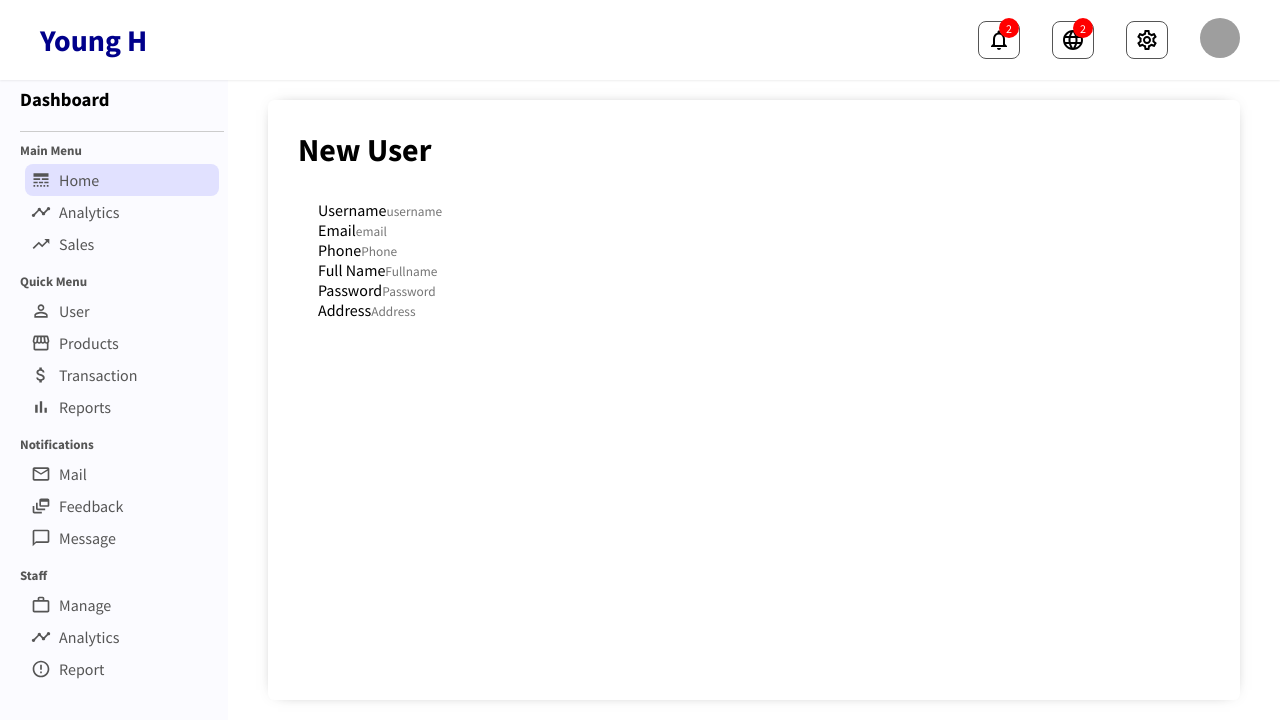
Repository: noname20011/admin
Page: /register
The author's editor kept a copy of each file at every save. The page is drawn from the files as they stood at one save, then again after the next save.
The browser window is 1280 px wide. The pictures show the whole page.
Pictures or frames that could not be fetched are drawn as grey boxes. The project was rebuilt for these pictures with package versions that can differ from the ones it lists, and the page was loaded fresh each time. Also part of the build but not shown: src/pages/home/home.css, src/comopnents/featureInfo/feature.css, src/comopnents/featureInfo/Feature.jsx, src/comopnents/chart/chart.css, src/comopnents/chart/Chart.jsx, src/comopnents/widgetSm/widgetSm.css, src/comopnents/widgetSm/WidgetSm.jsx, src/comopnents/widgetLg/widgetLg.css and 7 more.

Above is the page before, as saved 2021-11-14 15:15:45.

After the next save:
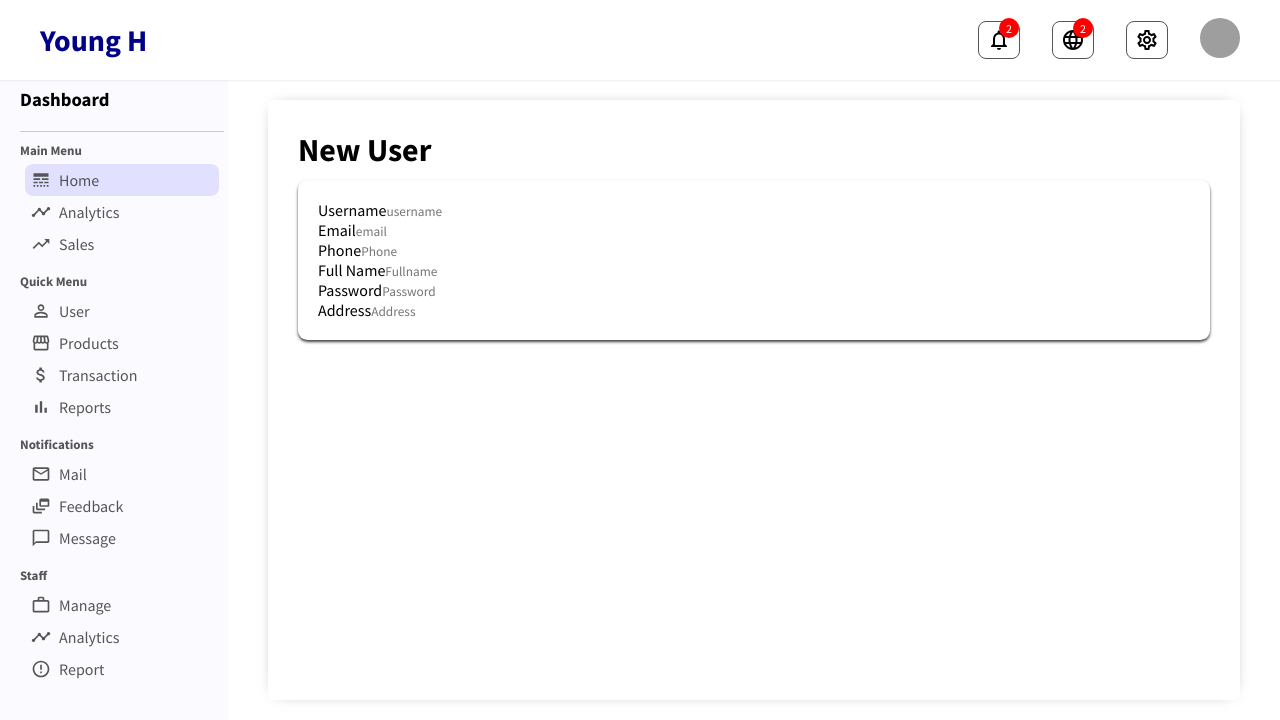
Saved 16 s later.
--- a/src/pages/newUser/newUser.css
+++ b/src/pages/newUser/newUser.css
@@ -11,4 +11,5 @@
     padding: 20px;
     margin-top: 10px;
     border-radius: .6rem;
+    box-shadow: 0px 2px 3px rgba(0, 0, 0, 0.75);
 }

After the save that followed:
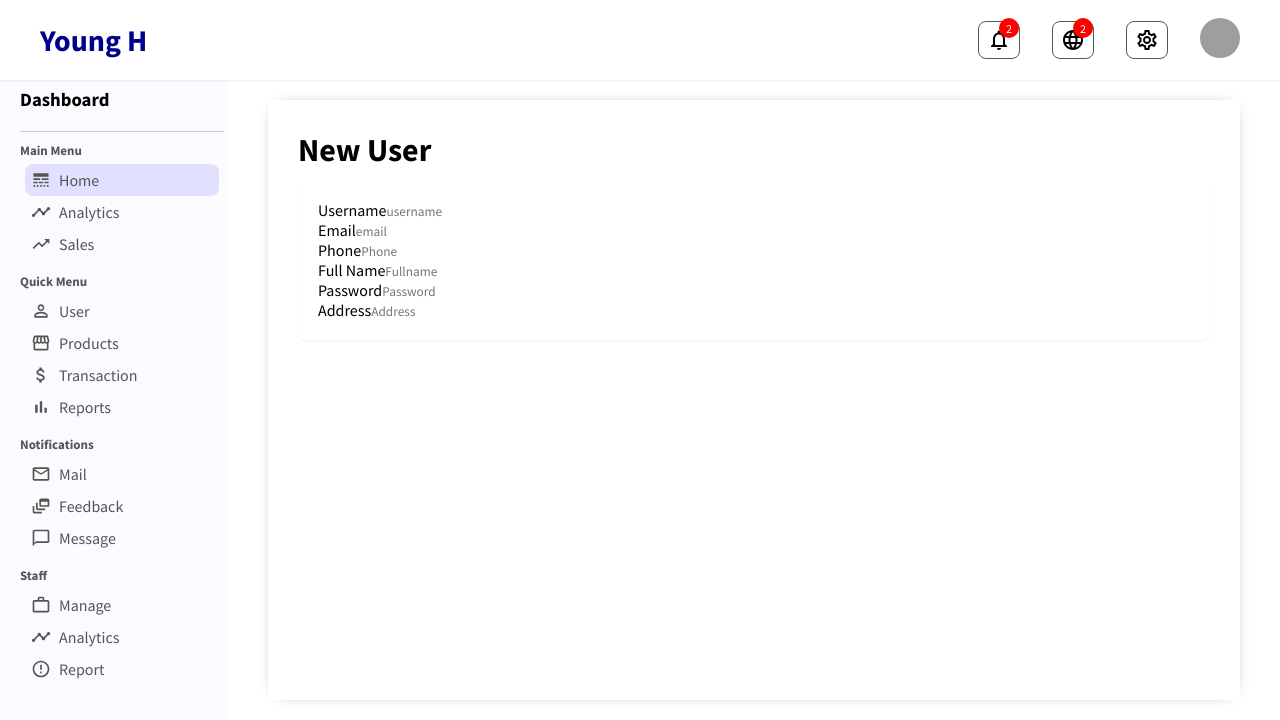
Saved 23 s later.
--- a/src/pages/newUser/newUser.css
+++ b/src/pages/newUser/newUser.css
@@ -11,5 +11,5 @@
     padding: 20px;
     margin-top: 10px;
     border-radius: .6rem;
-    box-shadow: 0px 2px 3px rgba(0, 0, 0, 0.75);
+    box-shadow: 0px 2px 3px rgba(0, 0, 0, 0.04);
 }
